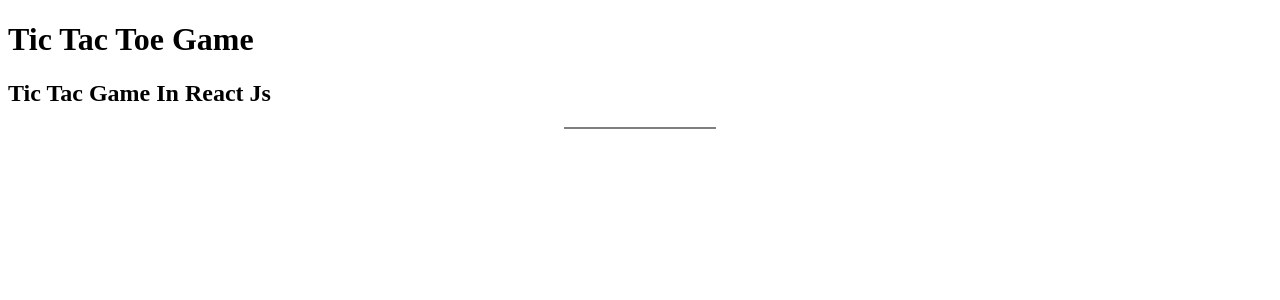
Repository: Wahid137/tic-tac-toe-game
Page: /
The author's editor kept a copy of each file at every save. The page is drawn from the files as they stood at one save, then again after the next save.
The browser window is 1280 px wide. The pictures show the whole page.
The project was rebuilt for these pictures with package versions that can differ from the ones it lists, and the page was loaded fresh each time. Also part of the build but not shown: vite.config.js, src/index.css.

Above is the page before, as saved 2023-09-18 01:02:33.

### src/App.jsx
import "./App.css";
import TicTacToeGame from "./Game/TicTacToeGame";

function App() {
  return (
    <>
      <h1>Tic Tac Toe Game</h1>
      <TicTacToeGame />
    </>
  );
}

export default App;

### src/App.css
.board{
  margin:0 auto;
  width: 150px;
  border:solid 1px gray;

}
.board button{
  display: inline-block;
  vertical-align: top;
  width: 50px;
  height: 50px;
  list-style: 50px;
  font-size: 30px;
  font-weight: bold;
  cursor: pointer;
}

### src/Game/TicTacToeGame.jsx
import "../App.css";

const TicTacToeGame = () => {
  return (
    <>
      <h2>Tic Tac Game In React Js</h2>
      <div className="board"></div>
    </>
  );
};

export default TicTacToeGame;

Loaded but not shown: index.html (common file); src/main.jsx (common file)

After the next save:
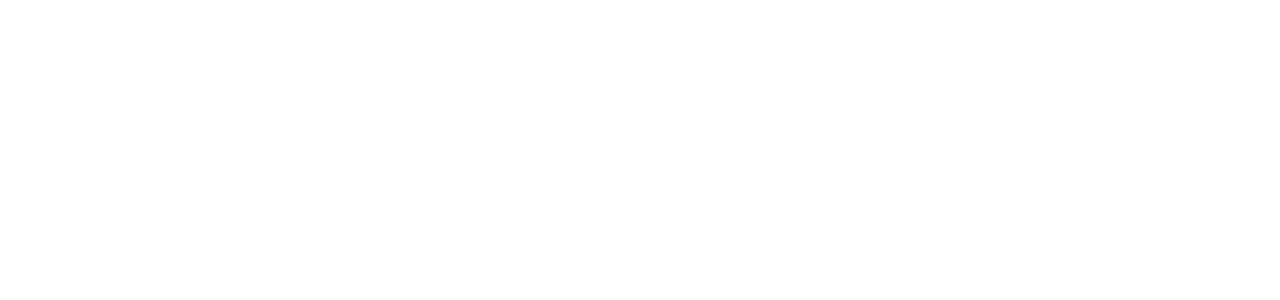
Console error: TypeError: undefined is not a function
Saved 93 s later.
--- a/src/Game/TicTacToeGame.jsx
+++ b/src/Game/TicTacToeGame.jsx
@@ -1,10 +1,12 @@
+import { useState } from "react";
 import "../App.css";
 
 const TicTacToeGame = () => {
+  const [board, setBoard] = useState(Array(9).fill(null));
   return (
     <>
       <h2>Tic Tac Game In React Js</h2>
-      <div className="board"></div>
+      <div className="board">{board.map()}</div>
     </>
   );
 };

After the save that followed:
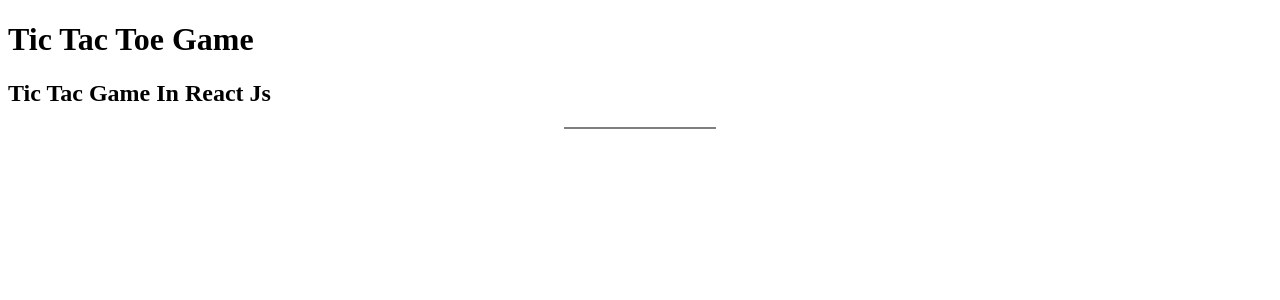
The error is gone.
Saved 99 s later.
--- a/src/Game/TicTacToeGame.jsx
+++ b/src/Game/TicTacToeGame.jsx
@@ -6,7 +6,11 @@
   return (
     <>
       <h2>Tic Tac Game In React Js</h2>
-      <div className="board">{board.map()}</div>
+      <div className="board">
+        {board.map((item, index) => {
+          return;
+        })}
+      </div>
     </>
   );
 };
